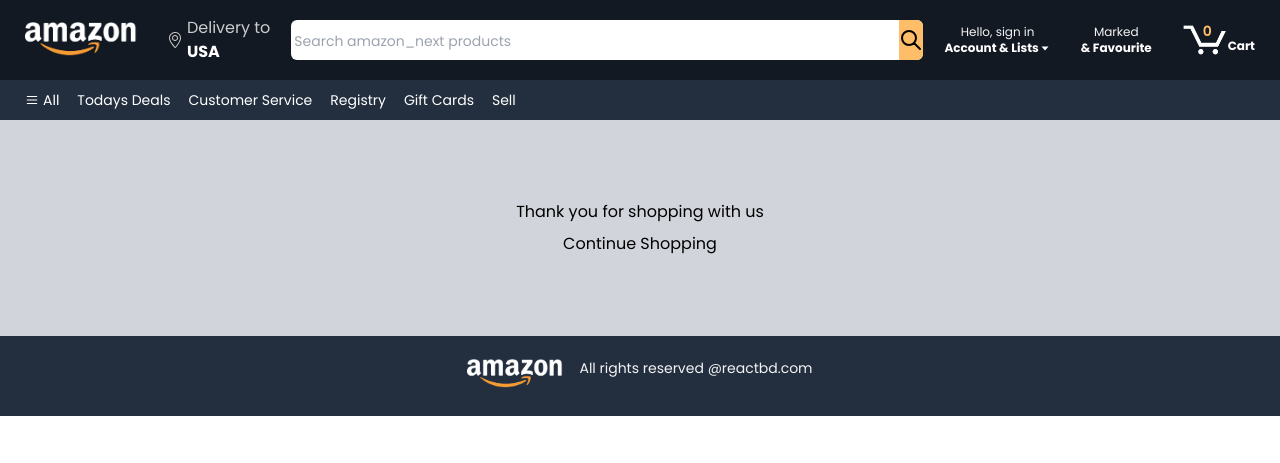
Repository: adebabs-tec/amazon_next
Page: /Success
These files come from the project's save history. The page is drawn as it stood at one moment and after the next save; the edit follows.
The browser window is 1280 px wide. The pictures show the whole page.
The page's requests for data from a server got no answer. The project was rebuilt for these pictures with package versions that can differ from the ones it lists, and the page was loaded fresh each time. The framework's server and built-in components were replaced by stand-ins that run in the browser. No one was signed in, and anything a server would have sent is missing. Also part of the build but not shown: next.config.js.

Above is the page before, as saved 2023-10-15 14:25:45.

After the next save:
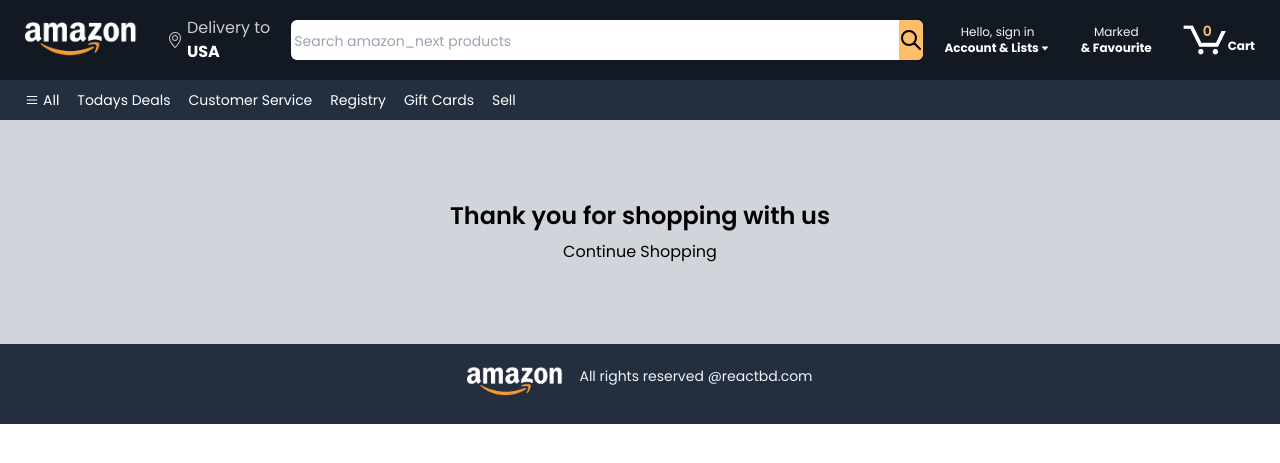
Saved 47 s later.
--- a/src/pages/Success.tsx
+++ b/src/pages/Success.tsx
@@ -8,7 +8,9 @@
 
   return (
     <div className="flex flex-col gap-2 items-center justify-center py-20">
-      <h1>Thank you for shopping with us</h1>
+      <h1 className="text-2xl font-semibold ">
+        Thank you for shopping with us
+      </h1>
       <Link href={'/'} onClick={() => dispatch(resetCart())}>
         <p>Continue Shopping</p>
       </Link>
